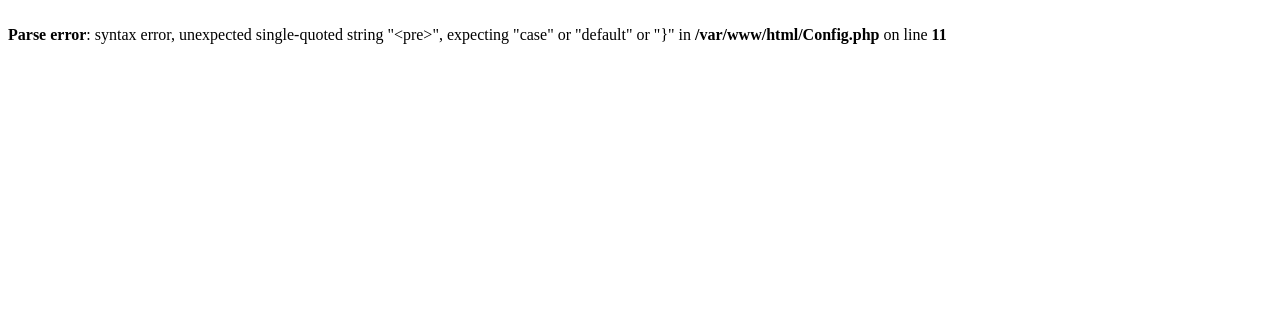
Repository: mahoone/revising_php
Page: http://localhost/Config.php
These files come from the project's save history. The page is drawn as it stood at one moment and after the next save; the edit follows.
The browser window is 1280 px wide. The pictures show the whole page.
The page is run by PHP 8.4 with error messages shown; the project is at /var/www/html/.

Above is the page before, as saved 2020-06-01 22:12:11.

### Config.php
<?php

$tekst = 'Komenda; Komenda; Komendda; Komenda; Komenda. To juz pomojamy.';
$tablica = array(0 => '');
$t = 0;

for($i = 0; $i < strlen($tekst); $i++)
{
   switch($tekst[$i])
   {
       '<pre>';
        case ' ':
            var_dump('Spacja wykryta '.$tekst[$i]);
            continue 2;
        case '.':
            var_dump('Kropka wykryta '.$tekst[$i]);
            break 2;
        case ';':
            $t++;
            $tablica[$t] = '';
            var_dump('Tekst '.$tekst[$i]);
            var_dump('Tablica '.$tablica[$t]);
            break;
        default:
            $tablica[$t] = $tablica[$t].$tekst[$i];
            var_dump ($tablica[$t]);
            '</pre>';
   }
}

echo '<pre>';
var_dump($tablica);
echo '</pre>';

After the next save:
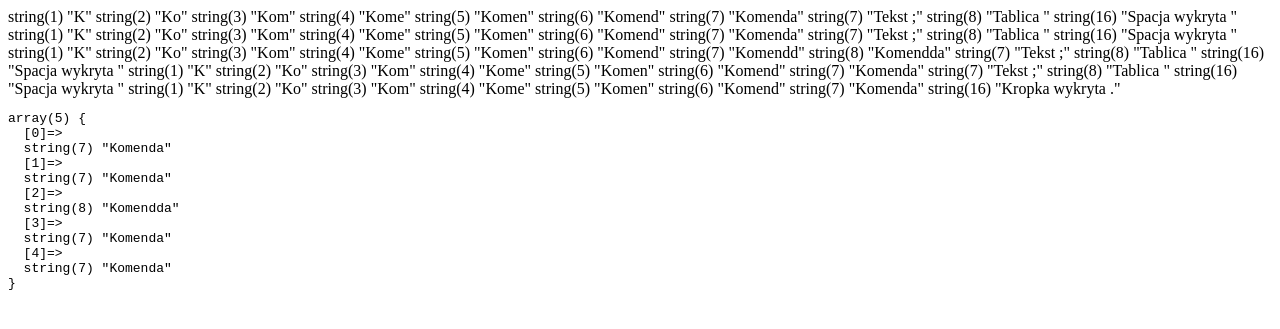
Saved 4 s later.
--- a/Config.php
+++ b/Config.php
@@ -8,7 +8,6 @@ for($i = 0; $i < strlen($tekst); $i++)
 {
    switch($tekst[$i])
    {
-       '<pre>';
         case ' ':
             var_dump('Spacja wykryta '.$tekst[$i]);
             continue 2;
@@ -24,7 +23,6 @@ for($i = 0; $i < strlen($tekst); $i++)
         default:
             $tablica[$t] = $tablica[$t].$tekst[$i];
             var_dump ($tablica[$t]);
-            '</pre>';
    }
 }
 
